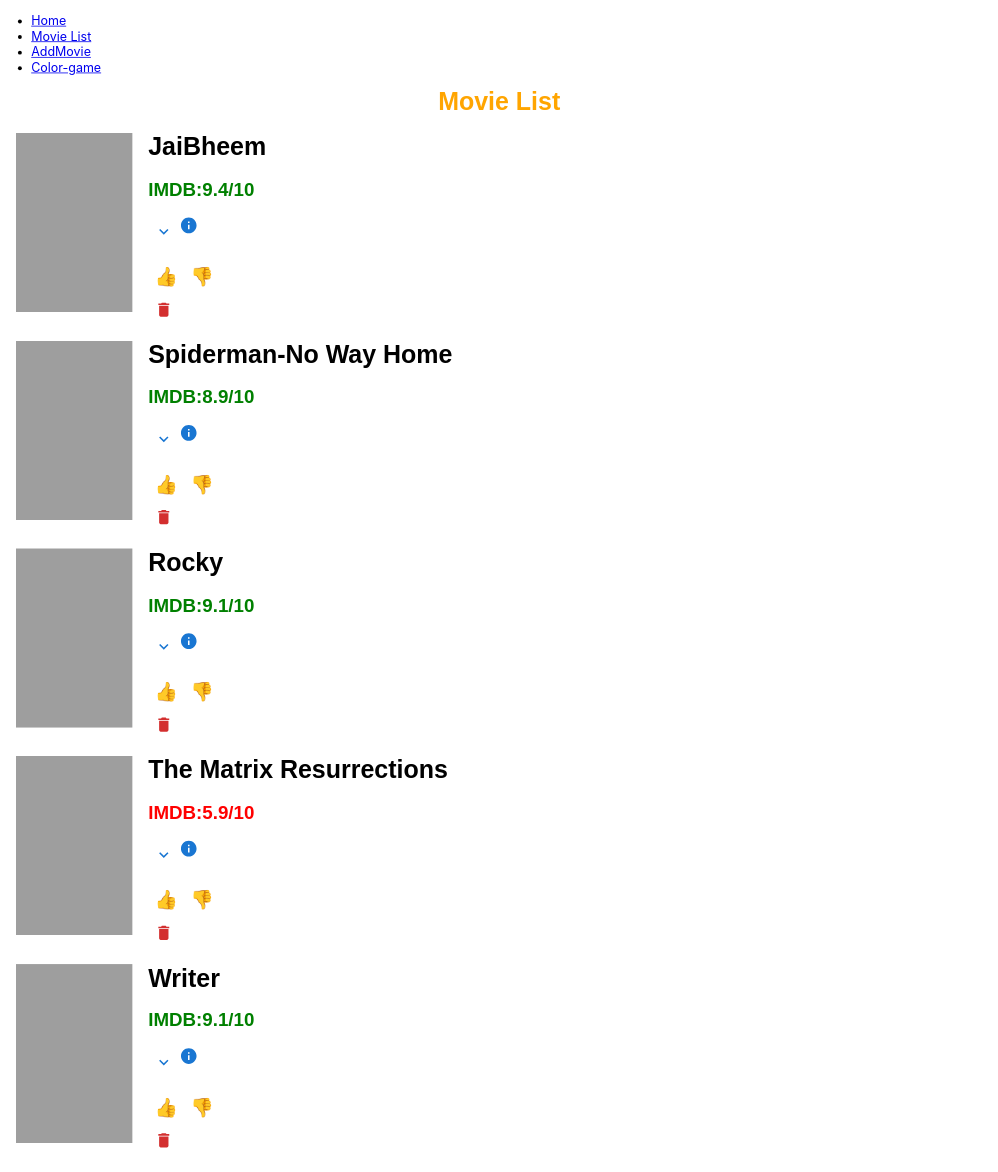
Repository: baladhinesh18/first-app
Page: /Counter
These files come from the project's save history. The page is drawn as it stood at one moment and after the next save; the edit follows.
The browser window is 1280 px wide. The pictures show the whole page, at 78% of full size.
Pictures or frames that could not be fetched are drawn as grey boxes. The project was rebuilt for these pictures with package versions that can differ from the ones it lists, and the page was loaded fresh each time. Also part of the build but not shown: src/AddMovie.js, src/AddColor.js, src/Error.js.

Above is the page before, as saved 2022-02-04 16:23:25.

### public/index.html
<!DOCTYPE html>
<html lang="en">
  <head>
    <meta charset="utf-8" />
    <!-- <link rel="icon" href="%PUBLIC_URL%/favicon.ico" /> -->
    <meta name="viewport" content="width=device-width, initial-scale=1" />
    <meta name="theme-color" content="#000000" />
    <meta
      name="description"
      content="Web site created using create-react-app"
    />
    <!-- <link rel="apple-touch-icon" href="%PUBLIC_URL%/logo192.png" /> -->
    <!--
      manifest.json provides metadata used when your web app is installed on a
      user's mobile device or desktop. See https://developers.google.com/web/fundamentals/web-app-manifest/
    -->
    <!-- <link rel="manifest" href="%PUBLIC_URL%/manifest.json" /> -->
    <!--
      Notice the use of %PUBLIC_URL% in the tags above.
      It will be replaced with the URL of the `public` folder during the build.
      Only files inside the `public` folder can be referenced from the HTML.

      Unlike "/favicon.ico" or "favicon.ico", "%PUBLIC_URL%/favicon.ico" will
      work correctly both with client-side routing and a non-root public URL.
      Learn how to configure a non-root public URL by running `npm run build`.
    -->
    <link
  rel="stylesheet"
  href="https://fonts.googleapis.com/css?family=Roboto:300,400,500,700&display=swap"
/>
<link
  rel="stylesheet"
  href="https://fonts.googleapis.com/icon?family=Material+Icons"
/>
    <title>New Movies</title>
  </head>
  <body>
    <noscript>You need to enable JavaScript to run this app.</noscript>
    <div id="root"></div>
    <!--
      This HTML file is a template.
      If you open it directly in the browser, you will see an empty page.

      You can add webfonts, meta tags, or analytics to this file.
      The build step will place the bundled scripts into the <body> tag.

      To begin the development, run `npm start` or `yarn start`.
      To create a production bundle, use `npm run build` or `yarn build`.
    -->
  </body>
</html>

### src/index.js
import React from 'react';
import ReactDOM from 'react-dom';
import './index.css';
import App from './App';
import reportWebVitals from './reportWebVitals';
import {
  BrowserRouter as Router,
} from "react-router-dom";

ReactDOM.render(
  <React.StrictMode>
  <Router>
    <App />
    </Router>
  </React.StrictMode>,
  document.getElementById('root')
);

// If you want to start measuring performance in your app, pass a function
// to log results (for example: reportWebVitals(console.log))
// or send to an analytics endpoint. Learn more: https://bit.ly/CRA-vitals
reportWebVitals();

### src/App.js

import './App.css';
import {useState} from "react";
import IconButton from '@mui/material/IconButton';
import ExpandLessIcon from '@mui/icons-material/ExpandLess';
import ExpandMoreIcon from '@mui/icons-material/ExpandMore';
// import AddColor from './AddColor.js';
import { App } from './App.1';
import InfoIcon from '@mui/icons-material/Info';

// import {
//   Switch, Route
// } from "react-router-dom";
import { Counter } from './Counter';

export function Starting({ nme, ur,rat,des,del}) {
const styles={color: rat>=8.5? "green":"red"};
const[isHide,setIsHide]=useState(false);

  return (

    <div>

    <div className="ro">
     <img src={ur} className="mg" alt={nme} />
      <div className="col">
      <h1> {nme}</h1>
      <h2 style={styles}>IMDB:{rat}/10</h2>
      { isHide?<h3>description:<a href={des}>{des}</a></h3>:null}
      {/* <h3>description:<a href={des}>{des}</a></h3> */}
      <div>
    <IconButton onClick={()=>setIsHide(!isHide)} color="primary"> {isHide ? <ExpandLessIcon/> : <ExpandMoreIcon/>}</IconButton>
    <InfoIcon color="primary" />
    </div>

    <Counter/>
    {del}
      </div>
    </div>
    </div>


  );
}


export default App;

### src/App.css
.App {
  font-family: sans-serif;
  text-align: center;
}
.mg {
  height: 230px;
  width: 150px;
  object-fit: center;
}
.ro{
display: flex;
flex-direction: row;
margin-left: 20px;
margin-bottom: 20px;
}
.col{
  display:flex;
  flex-direction: column;
  align-items: flex-start;
margin-left: 20px;
}
.lor{
color:orange;
margin-top: 1rem;
}
h1,h2,h3{
  margin-top: 0px;
  gap: 1rem;
}
button{
  margin-bottom: 1rem;
}
.vacls{
margin-top: 1rem;
margin-right: 1rem;
}
.btn{
  display: flex;
  flex-direction: column;
  justify-content: center;
  align-items: center;
 }
 .bncs{
   margin-top:5rem;
 }
 .cent{
   margin-top: 0;
   margin-left:25rem;
 }
  .img1{
height:25rem;
 }

### src/App.1.js
import { useState } from "react";
import { AddMovie } from "./AddMovie";
import { Starting } from './App';
import {
    Switch, Route,Link
  } from "react-router-dom";
  import { AddColor } from './AddColor';
  import { Error } from './Error';
  import IconButton from '@mui/material/IconButton';
import DeleteIcon from '@mui/icons-material/Delete';

// const[add,setAdd] =useState([]);
export function App() {
  let users = [
    {
      name: "JaiBheem",
      url: "https://encrypted-tbn3.gstatic.com/images?q=tbn:ANd9GcQm8U_-RJoMKrgvpIVLbDV8ovuHIp-p_Ls5I7WHaXJUUCbhjQVd",
      rating: "9.4",
      summary: "https://en.wikipedia.org/wiki/Jai_Bhim_(film)"
    },
    {
      name: "Spiderman-No Way Home",
      url: "https://www.thehindubusinessline.com/news/variety/4sw3ar/article37984362.ece/ALTERNATES/PORTRAIT_355/Spider-Man---No-Way-Home-Poster-Pic-Credit---Marvel",
      rating: "8.9",
      summary: "https://en.wikipedia.org/wiki/Spider-Man:_No_Way_Home"
    },
    {
      name: "Rocky",
      url: "https://static.toiimg.com/thumb/msid-88435003,width-219,height-317,imgsize-16192/88435003.jpg",
      rating: "9.1",
      summary: "https://timesofindia.indiatimes.com/entertainment/tamil/movie-reviews/rocky/movie-review/88455427.cms"
    },
    {
      name: " The Matrix Resurrections",
      url: "https://encrypted-tbn0.gstatic.com/images?q=tbn:ANd9GcQHjE4eApjpFWlpAdiC_aFG2FkfvimiGW0TK4mB-hc_T4Uitj9J",
      rating: "5.9",
      summary: "https://en.wikipedia.org/wiki/The_Matrix_Resurrections"
    },
    {
      name: "Writer",
      url: "https://static.moviecrow.com/gallery/20210414/185058-Ey6W3Z2VoAMu4P2%20(1).jpg",
      rating: "9.1",
      summary: "https://en.wikipedia.org/wiki/Writer_(film)"
    }
  ];
  const [add, setAdd] = useState(users);

  return (
      <div>
    <ul>
    <li>
      <Link to="/">Home</Link>
    </li>
    <li>
      <Link to="/Counter">Movie List</Link>
    </li>
    <li>
      <Link to="/AddMovie">AddMovie</Link>
    </li>
    <li>
      <Link to="/AddColor">Color-game</Link>
    </li>
    </ul>

        <Switch>
    <Route exact path="/">
       welcome to movie app✨🎉🎉
       </Route>
      <Route path="/AddMovie">
      <AddMovie movieList={add} setmovieList={setAdd}/>
      </Route>

       <Route path="/Counter">

       <div className="App">
      <h1 className="lor">Movie List</h1>
      {add.map(({ name, url, rating, summary }, index) => (
        <Starting key={url} nme={name} ur={url} rat={rating} des={summary} del={
          <IconButton color="error" onClick={()=>{
          let copyArray=[...add];
          copyArray.splice(index,1);
          setAdd(copyArray);
           } }><DeleteIcon/></IconButton>
        }>
        </Starting>
      ))}
        </div>

       </Route>

       <Route path="/AddColor">
       <AddColor/>
       </Route>
       <Route path="**">
       <Error/>
       </Route>
       </Switch>
    </div>
  );
}

### src/Counter.js
import { useState } from "react";
import IconButton from '@mui/material/IconButton';
import Badge from '@mui/material/Badge';

export function Counter() {
  const [like, setLike] = useState(0);
  const [dislike, setDislike] = useState(0);
  // const marr={margin:'0 1rem 0 0 ',}
  return (
      <div>

    <div className="vacls">
      <IconButton onClick={() => setLike(like + 1)} color="primary"> <Badge badgeContent={like} color="primary">
        👍
      </Badge></IconButton>
      <IconButton onClick={() => setDislike(dislike + 1)} color="error"><Badge badgeContent={dislike} color="error">
        👎
      </Badge></IconButton>
      {/* <h1>{like}</h1> */}
    </div>

    </div>
  );
}

Loaded but not shown: src/index.css (common file); src/reportWebVitals.js (common file)

After the next save:
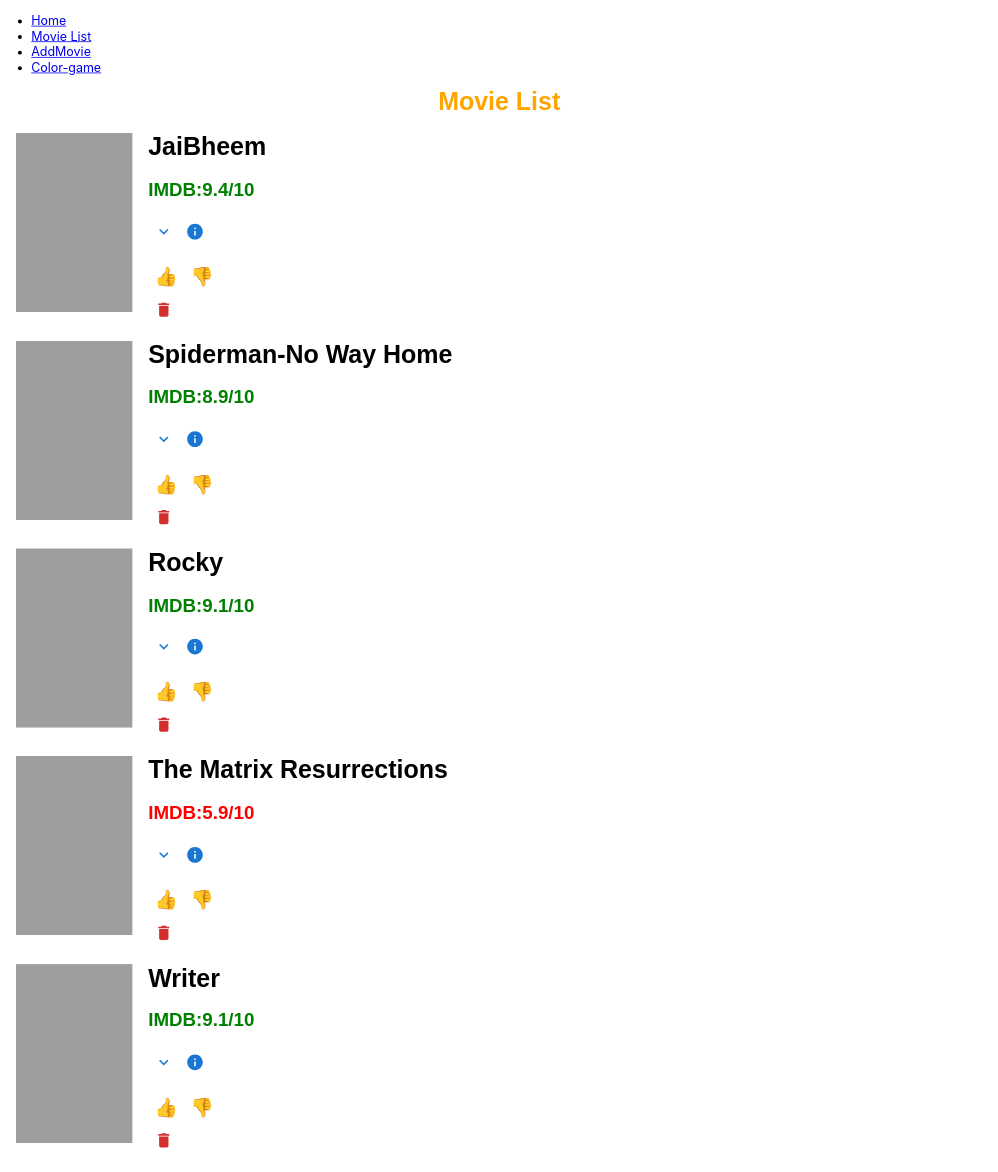
Saved 18 s later.
--- a/src/App.js
+++ b/src/App.js
@@ -30,7 +30,7 @@
       {/* <h3>description:<a href={des}>{des}</a></h3> */}
       <div>
     <IconButton onClick={()=>setIsHide(!isHide)} color="primary"> {isHide ? <ExpandLessIcon/> : <ExpandMoreIcon/>}</IconButton>
-    <InfoIcon color="primary" />
+    <IconButton><InfoIcon color="primary" /></IconButton>
     </div>
 
     <Counter/>
